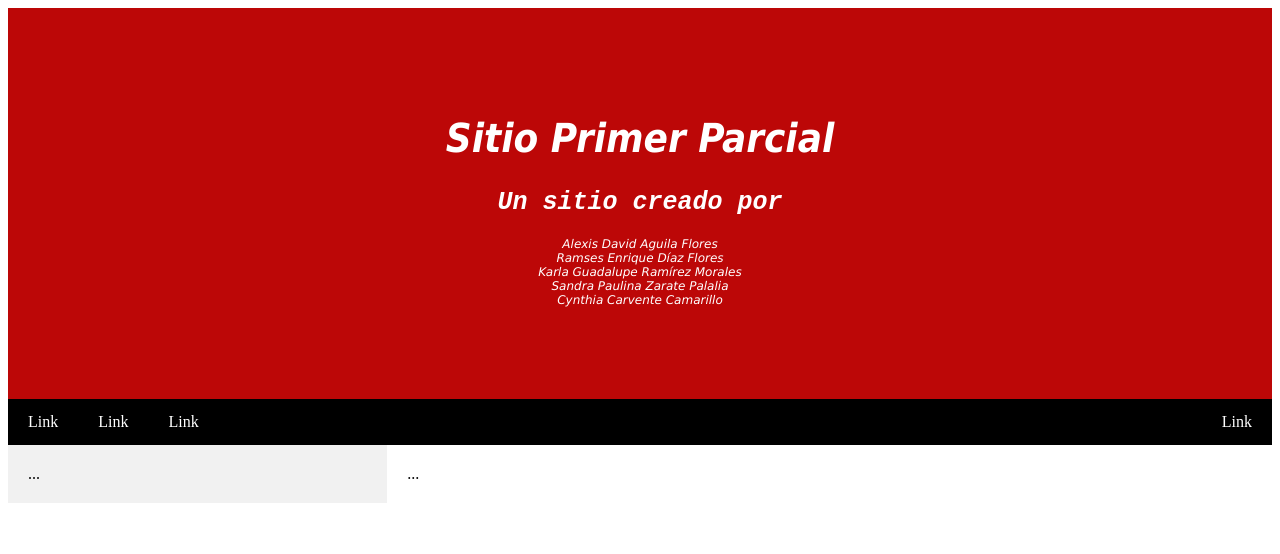
Repository: Dogueen/miniProyectoUniversidad
Page: miniProyecto/miniProyecto.html
These files come from the project's save history. The page is drawn as it stood at one moment and after the next save; the edit follows.
The browser window is 1280 px wide. The pictures show the whole page.

Above is the page before, as saved 2023-10-27 17:18:47.

### miniProyecto/miniProyecto.html
<!DOCTYPE html>
<html lang="es">

    <head>
        <title>Ejemplo de un Website</title>
        <meta charset="UTF-8">
        <meta name="viewport" content="width=device-width, initial-scale=1">
        <link rel="stylesheet" type="text/css" href="styles/styles.css" />

        <style>
     </style>
    </head>

    <body>
        <div class="header">
            <h1>Sitio Primer Parcial</h1>
            <h2> Un sitio creado por</h2>
            <dl>
                <dt>Alexis David Aguila Flores</dt>
                <dt>Ramses Enrique Díaz Flores</dt>
                <dt>Karla Guadalupe Ramírez Morales</dt>
                <dt>Sandra Paulina Zarate Palalia</dt>
                <dt>Cynthia Carvente Camarillo</dt>
            </dl>
        </div>

        <div class="navbar">
            <a href="#">Link</a>
            <a href="#">Link</a>
            <a href="#">Link</a>
            <a href="#" class="right">Link</a>
        </div>

        <div class="row">
            <div class="side">...</div>
            <div class="main">...</div>
        </div>

    </body>

</html>

### miniProyecto/styles/styles.css
.body {
    background-image: url("images/bg-img.jpg");
}

.header {
    padding: 80px;
    /* some padding */
    text-align: center;
    /* center the text */
    background: #bc0707;
    /* green background */
    color: white;
    /* white text color */
}

/* Increase the font size of the <h1> element */
.header h1  {
    font-size: 40px;
    font-style: italic ;
    font-family: Tahoma ;

}

.header h2  {
    font-size: 25px;
    font-style: italic ;
    font-family: monospace;

}

.header dl  {
    font-size: 12px;
    font-style: italic ;
    font-family: Verdana, Geneva, Tahoma, sans-serif;

}

/* Style the top navigation bar */
.navbar {
    overflow: hidden;
    /* Hide overflow */
    background-color: #000000;
    /* Dark background color */
}

/* Style the navigation bar links */
.navbar a {
    float: left;
    /* Make sure that the links stay side-by-side */
    display: block;
    /* Change the display to block, for responsive reasons (see below) */
    color: white;
    /* White text color */
    text-align: center;
    /* Center the text */
    padding: 14px 20px;
    /* Add some padding */
    text-decoration: none;
    /* Remove underline */
}

/* Right-aligned link */
.navbar a.right {
    float: right;
    /* Float a link to the right */
}

/* Change color on hover/mouse-over */
.navbar a:hover {
    background-color: #ddd;
    /* Grey background color */
    color: black;
    /* Black text color */
}

/* Ensure proper sizing */
* {
    box-sizing: border-box;
}

/* Column container */
.row {
    display: flex;
    flex-wrap: wrap;
}

/* Create two unequal columns that sits next to each other */
/* Sidebar/left column */
.side {
    flex: 30%;
    /* Set the width of the sidebar */
    background-color: #f1f1f1;
    /* Grey background color */
    padding: 20px;
    /* Some padding */
}

/* Main column */
.main {
    flex: 70%;
    /* Set the width of the main content */
    background-color: white;
    /* White background color */
    padding: 20px;
    /* Some padding */
}

/* Responsive layout - when the screen is less than 700px wide, make the two columns stack on top of each other instead of next to each other */
@media screen and (max-width: 700px) {
    .row {
      flex-direction: column;
    }
  }

  /* Responsive layout - when the screen is less than 400px wide, make the navigation links stack on top of each other instead of next to each other */
  @media screen and (max-width: 400px) {
    .navbar a {
      float: none;
      width: 100%;
    }
  }

After the next save:
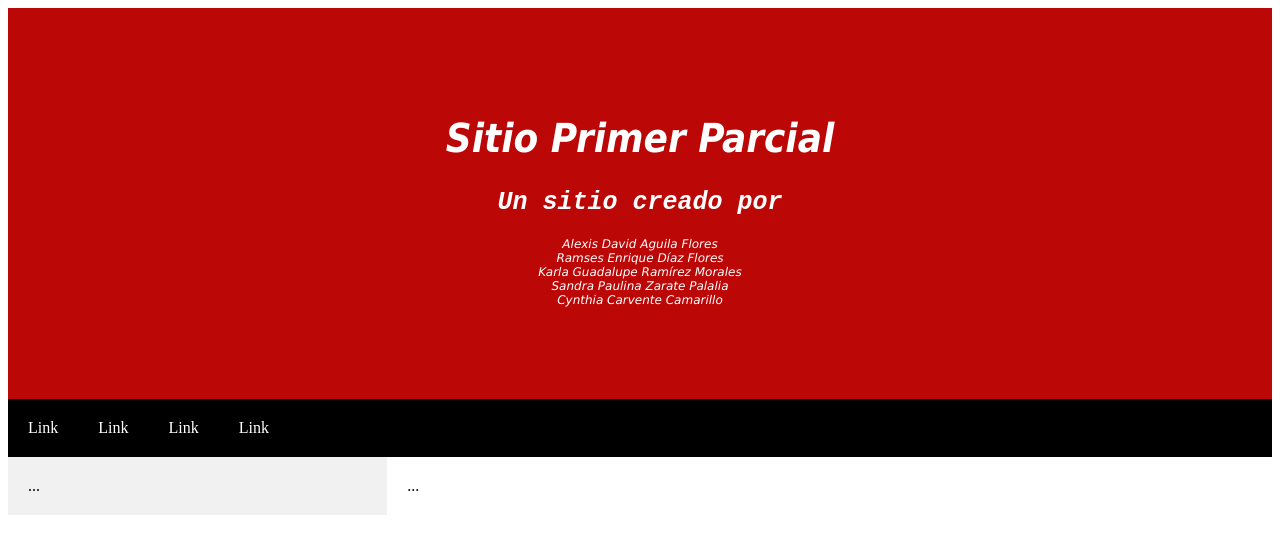
Saved 106 s later.
--- a/miniProyecto/styles/styles.css
+++ b/miniProyecto/styles/styles.css
@@ -53,17 +53,13 @@
     /* White text color */
     text-align: center;
     /* Center the text */
-    padding: 14px 20px;
+    padding: 20px 20px;
     /* Add some padding */
     text-decoration: none;
     /* Remove underline */
 }
 
-/* Right-aligned link */
-.navbar a.right {
-    float: right;
-    /* Float a link to the right */
-}
+
 
 /* Change color on hover/mouse-over */
 .navbar a:hover {
